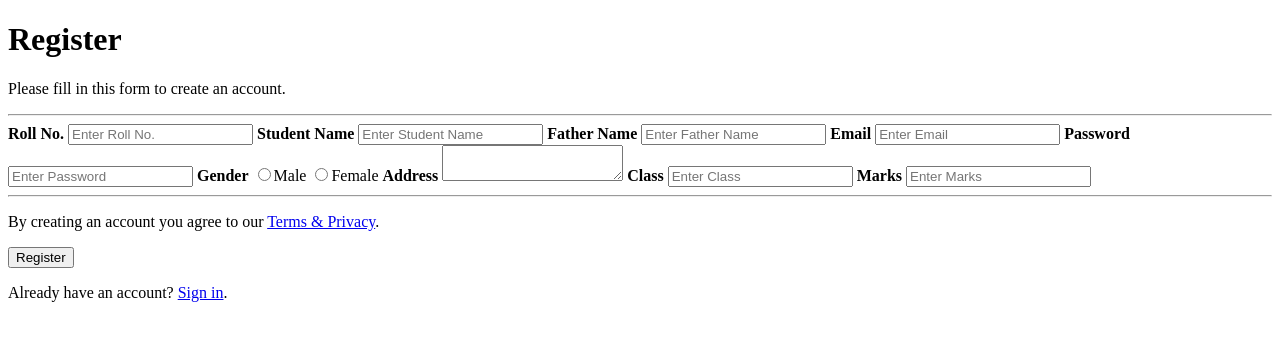
Repository: laxmichauhan/Student-Data-Insertion
Page: Application1/WebContent/register.html
These files come from the project's save history. The page is drawn as it stood at one moment and after the next save; the edit follows.
The browser window is 1280 px wide. The pictures show the whole page.

Above is the page before, as saved 2019-02-19 07:18:32.

### Application1/WebContent/register.html
<!DOCTYPE html>
<html>
<head>
<meta charset="ISO-8859-1">
<title>Insert title here</title>
</head>
<body>
<form>
  <div class="container">
    <h1>Register</h1>
    <p>Please fill in this form to create an account.</p>
    <hr>
     <label for="RollNo"><b>Roll No.</b></label>
    <input type="text" placeholder="Enter Roll No." name="rollno" required>

    <label for="Student Name"><b>Student Name</b></label>
    <input type="text" placeholder="Enter Student Name" name="name" required>

	<label for="Father Name"><b>Father Name</b></label>
    <input type="text" placeholder="Enter Father Name" name="fname" required>

    <label for="email"><b>Email</b></label>
    <input type="text" placeholder="Enter Email" name="email" required>

    <label for="psw"><b>Password</b></label>
    <input type="password" placeholder="Enter Password" name="psw" required>

    <label for="Gender"><b>Gender</b></label>
    <input type="radio" name="gender" value="Male"/>Male
     <input type="radio" name="gender" value="Female"/>Female

    <label for="Address"><b>Address</b></label>
    <textarea name="address"></textarea>

    <label for="Class"><b>Class</b></label>
    <input type="text" placeholder="Enter Class" name="class" required>

     <label for="Marks"><b>Marks</b></label>
    <input type="text" placeholder="Enter Marks" name="Marks" required>
    <hr>

    <p>By creating an account you agree to our <a href="#">Terms & Privacy</a>.</p>
    <button type="submit" class="registerbtn">Register</button>
  </div>

  <div class="container signin">
    <p>Already have an account? <a href="#">Sign in</a>.</p>
  </div>
</form>
</form>

</body>
</html>

After the next save:
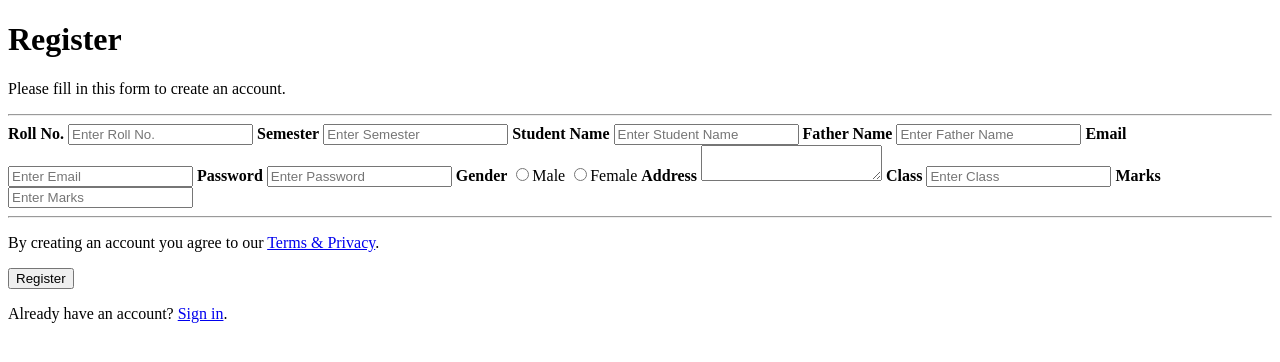
Saved 39 s later.
--- a/Application1/WebContent/register.html
+++ b/Application1/WebContent/register.html
@@ -12,6 +12,9 @@
     <hr>
      <label for="RollNo"><b>Roll No.</b></label>
     <input type="text" placeholder="Enter Roll No." name="rollno" required>
+
+     <label for="Semester"><b>Semester</b></label>
+    <input type="text" placeholder="Enter Semester" name="sem" required>
 
     <label for="Student Name"><b>Student Name</b></label>
     <input type="text" placeholder="Enter Student Name" name="name" required>
